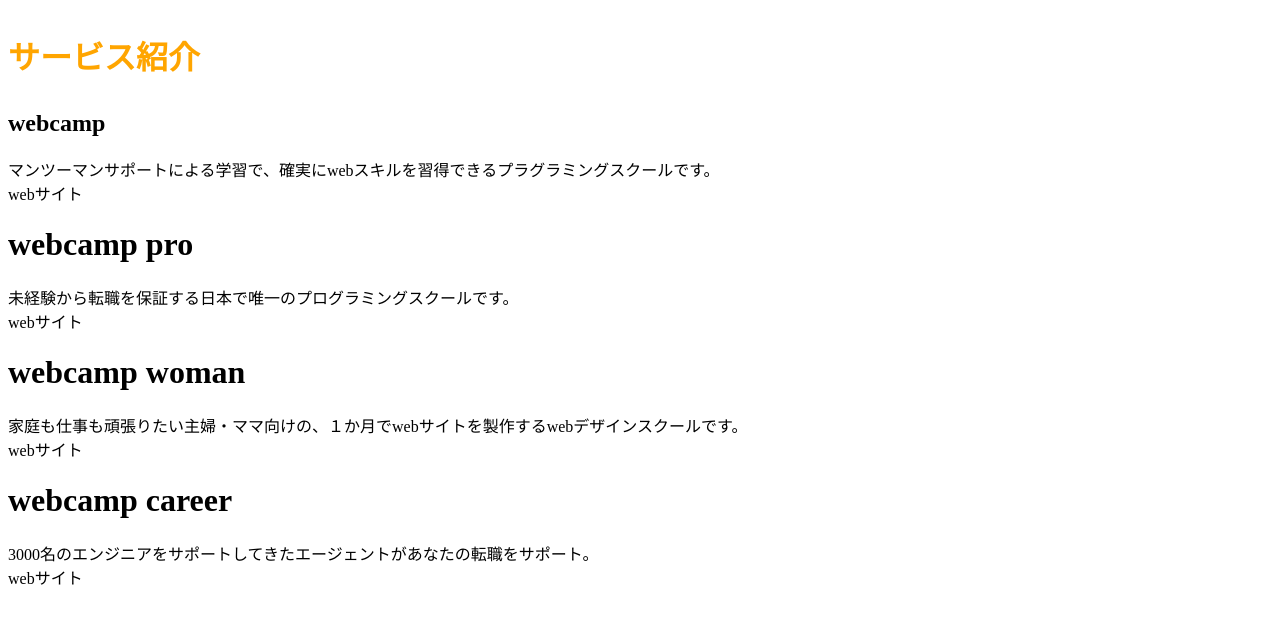
Repository: YasuyoshiSakai/kadai1
Page: sample/ensyuu.html
The author's editor kept a record of every edit. The page is drawn from the files as they stood at one moment, then again after the next edit.
The browser window is 1280 px wide. The pictures show the whole page.

Above is the page before.

### sample/ensyuu.html
<!DOCTYPE HTML>
<html lang="ja">
  <head>
    <meta charset="UTF-8" />
    <title>初めてのHTML</title>
    <link rel="stylesheet" href="style.css">
  </head>

  <body>
<h1><p class="orange">サービス紹介</p></h1>

<h2>webcamp</h2>
マンツーマンサポートによる学習で、確実にwebスキルを習得できるプラグラミングスクールです。<br>
webサイト<br>
<h1>webcamp pro</h1>
未経験から転職を保証する日本で唯一のプログラミングスクールです。<br>
webサイト<br>
<h1>webcamp woman</h1>
家庭も仕事も頑張りたい主婦・ママ向けの、１か月でwebサイトを製作するwebデザインスクールです。<br>
webサイト<br>
<h1>webcamp career</h1>
3000名のエンジニアをサポートしてきたエージェントがあなたの転職をサポート。<br>
webサイト<br>
  </body>
</html>

### sample/style.css
.orange{
color:orange;
}

After the next edit:
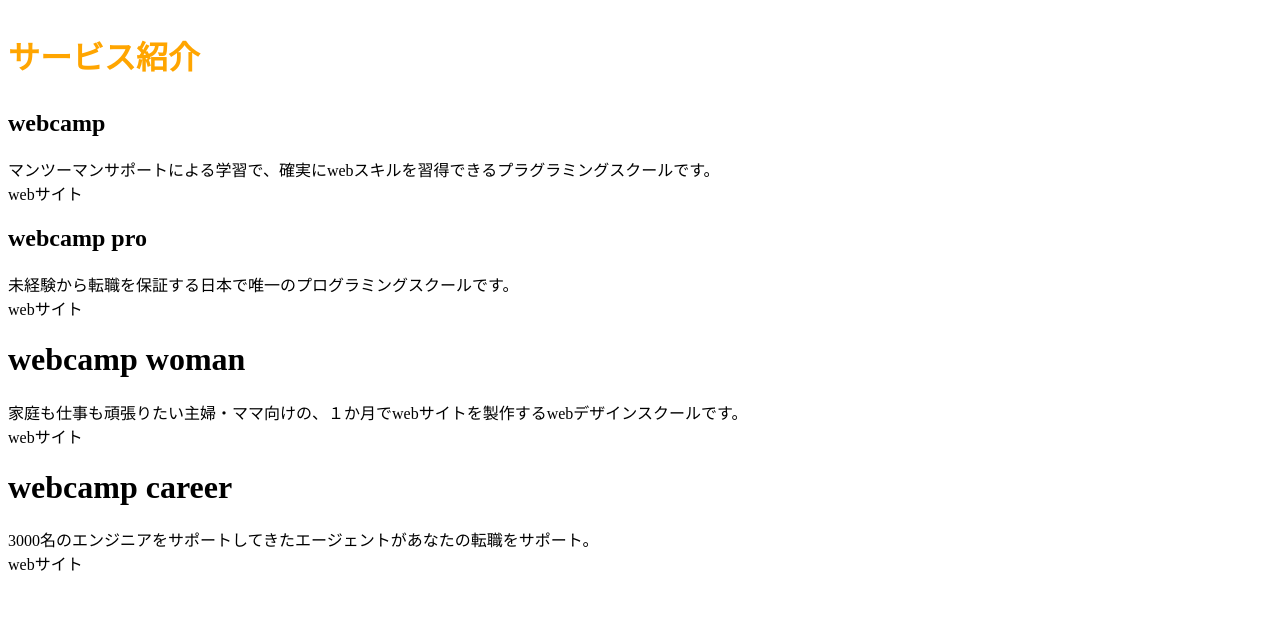
The edit:
--- a/sample/ensyuu.html
+++ b/sample/ensyuu.html
@@ -12,7 +12,7 @@
 <h2>webcamp</h2>
 マンツーマンサポートによる学習で、確実にwebスキルを習得できるプラグラミングスクールです。<br>
 webサイト<br>
-<h1>webcamp pro</h1>
+<h2>webcamp pro</h2>
 未経験から転職を保証する日本で唯一のプログラミングスクールです。<br>
 webサイト<br>
 <h1>webcamp woman</h1>
